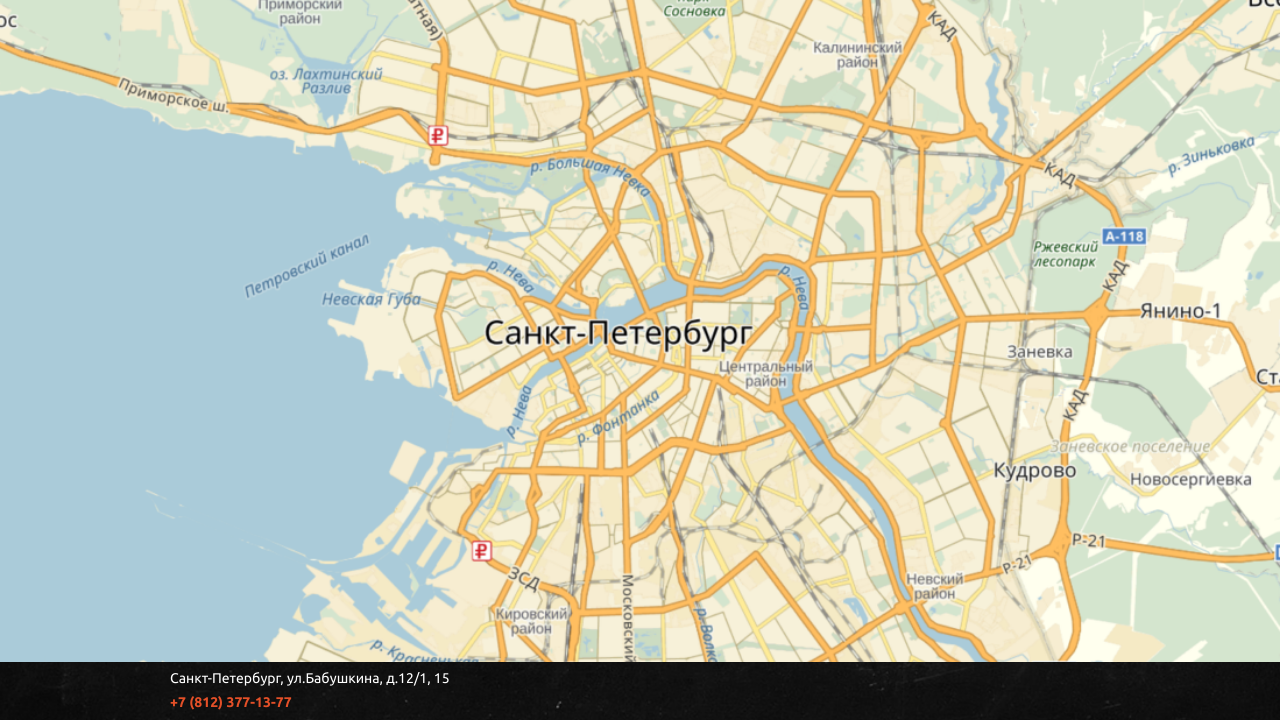
Repository: serbes85/hamburger
Page: burgers page.html
These files come from the project's save history. The page is drawn as it stood at one moment and after the next save; the edit follows.
The browser window is 1280 px wide. The pictures show the part of the page from y = 3600 to 4320 px (the page is 4320 px tall).
The style sheet was rebuilt from its Sass, Less or Tailwind sources for each picture, by a compiler version that may differ from the author's.

Above is the page before, as saved 2020-02-08 17:59:17.

### burgers page.html
<!DOCTYPE html>
<html lang="ru-RU">

<head>
	<meta charset="utf-8" />
	<meta http-equiv="X-UA-Compatible" content="IE=edge,chrome=1">
	<meta name="viewport" content="width=device-width, initial-scale=1.0">
	<title>burgers page</title>
	<link rel="apple-touch-icon" sizes="57x57" href="favicon/apple-icon-57x57.png">
	<link rel="apple-touch-icon" sizes="60x60" href="favicon/apple-icon-60x60.png">
	<link rel="apple-touch-icon" sizes="72x72" href="favicon/apple-icon-72x72.png">
	<link rel="apple-touch-icon" sizes="76x76" href="favicon/apple-icon-76x76.png">
	<link rel="apple-touch-icon" sizes="114x114" href="favicon/apple-icon-114x114.png">
	<link rel="apple-touch-icon" sizes="120x120" href="favicon/apple-icon-120x120.png">
	<link rel="apple-touch-icon" sizes="144x144" href="favicon/apple-icon-144x144.png">
	<link rel="apple-touch-icon" sizes="152x152" href="favicon/apple-icon-152x152.png">
	<link rel="apple-touch-icon" sizes="180x180" href="favicon/apple-icon-180x180.png">
	<link rel="icon" type="image/png" sizes="192x192" href="favicon/android-icon-192x192.png">
	<link rel="icon" type="image/png" sizes="32x32" href="favicon/favicon-32x32.png">
	<link rel="icon" type="image/png" sizes="96x96" href="favicon/favicon-96x96.png">
	<link rel="icon" type="image/png" sizes="16x16" href="favicon/favicon-16x16.png">
	<link rel="manifest" href="favicon/manifest.json">
	<meta name="msapplication-TileColor" content="#ffffff">
	<meta name="msapplication-TileImage" content="/ms-icon-144x144.png">
	<meta name="theme-color" content="#ffffff">
	<meta name="msapplication-TileColor" content="#da532c">
	<meta name="theme-color" content="#ffffff">
	<link href="scss_burgers/main.css" rel="stylesheet">
</head>

<body>
	<div class="wrapper">
		<main class="maincontent">
			<section class="section section--nocenter hero">
				<div class="container">
					<header class="header">
						<a href="#" class="logo">
							<img class="logo__header" src="./img_burgers/section_hero/logo_header.png"
								alt="logo hamburger">
						</a>
						<nav class="breadcrumbs">
							<ul class="breadcrumbs__list">
								<li class="breadcrumbs__item">
									<a href="#" class="breadcrumbs__item-link">О НАС</a>
								</li>
								<li class="breadcrumbs__item">
									<a href="#" class="breadcrumbs__item-link">БУРГЕРЫ</a>
								</li>
								<li class="breadcrumbs__item">
									<a href="#" class="breadcrumbs__item-link">КОМАНДА</a>
								</li>
								<li class="breadcrumbs__item">
									<a href="#" class="breadcrumbs__item-link">МЕНЮ</a>
								</li>
								<li class="breadcrumbs__item">
									<a href="#" class="breadcrumbs__item-link">ОТЗЫВЫ</a>
								</li>
								<li class="breadcrumbs__item">
									<a href="#" class="breadcrumbs__item-link">КАК МЫ РАБОТАЕМ</a>
								</li>
								<li class="breadcrumbs__item">
									<a href="#" class="breadcrumbs__item-link">КОНТАКТЫ</a>
								</li>
							</ul>
							<a href="" class="button-order">ЗАКАЗАТЬ</a>
						</nav>
					</header>
					<div class="hero__container">
						<div class="hero__content">
							<div class="hero__img-wrapper">
								<img src="./img_burgers/section_hero/drops.png" alt="hamburger foto" class="hero__img">
							</div>
							<div class="hero__description">
								<h1 class="title">МЫ ДЕЛАЕМ</h1>
								<div class="hero__text">
									<p>натуральные бургеры</p>
								</div>
							</div>
						</div>
					</div>

				</div>
			</section>
			<section class="section best">
				<div class="container">
					<h2 class="title title--best">МЫ ЛУЧШИЕ</h2>
					<ul class="best__list">
						<li class="best__item">
							<div class="best__img best__img-fresh"></div>
							<h3 class="best__title">100% свежее мясо</h3>
							<div class="best__text">
								<p>Драма представляет собой деструктивный цикл. Анапест
									представляет собой анапест. Ямб неравномерен.
								</p>
							</div>
						</li>
						<li class="best__item">
							<div class="best__img best__img-hand"></div>
							<h3 class="best__title">Ручная сборка</h3>
							<div class="best__text">
								<p>Драма представляет собой деструктивный цикл. Анапест представляет собой
									анапест. Первое полустишие притягивает сюжетный реформаторский пафос.
								</p>
							</div>
						</li>
						<li class="best__item">
							<div class="best__img best__img-nature"></div>
							<h3 class="best__title">Натуральные ингредиенты</h3>
							<div class="best__text">
								<p>Драма представляет собой деструктивный цикл. Анапест представляет собой
									анапест.
								</p>
							</div>
						</li>
					</ul>
				</div>
			</section>
			<section class="section team">

				<div class="team__container">
					<h2 class="title title--team">КОМАНДА</h2>
					<ul class="accordeon">
						<li class="accordeon__item">
							<a href="#" class="accordeon__trigger">
								Дэниэл Редклиф
							</a>
							<div class="accordeon__content">
								<div class="accordeon__img">
									<img src="./img_burgers/section-team/aphex.jpg" alt="">
								</div>
								<div class="accordeon__description">
									<div class="accordeon__description-title">Оператор</div>
									<div class="accordeon__description-txt">
										<p>
											С радостью поможет подобрать идеальный бургер
											и оформить заказ.
										</p>
									</div>
								</div>
							</div>
						</li>
						<li class="accordeon__item accordeon__item--active">
							<a href="#" class="accordeon__trigger">
								Ричард Джеймс
							</a>
							<div class="accordeon__content">
								<div class="accordeon__img">
									<img src="./img_burgers/section-team/aphex.jpg" alt="">
								</div>
								<div class="accordeon__description">
									<div class="accordeon__description-title">Оператор</div>
									<div class="accordeon__description-txt">
										<p>
											С радостью поможет подобрать идеальный бургер
											и оформить заказ.
										</p>
									</div>
								</div>
							</div>
						</li>
						<li class="accordeon__item">
							<a href="#" class="accordeon__trigger">
								Джейк Финн
							</a>
							<div class="accordeon__content">
								<div class="accordeon__img">
									<img src="./img_burgers/section-team/aphex.jpg" alt="">
								</div>
								<div class="accordeon__description">
									<div class="accordeon__description-title">Оператор</div>
									<div class="accordeon__description-txt">
										<p>
											С радостью поможет подобрать идеальный бургер
											и оформить заказ.
										</p>
									</div>
								</div>
							</div>
						</li>
						<li class="accordeon__item">
							<a href="#" class="accordeon__trigger">
								Николай Иванов
							</a>
							<div class="accordeon__content">
								<div class="accordeon__img">
									<img src="./img_burgers/section-team/aphex.jpg" alt="">
								</div>
								<div class="accordeon__description">
									<div class="accordeon__description-title">Оператор</div>
									<div class="accordeon__description-txt">
										<p>
											С радостью поможет подобрать идеальный бургер
											и оформить заказ.
										</p>
									</div>
								</div>
							</div>
						</li>
					</ul>
				</div>
			</section>
			<section class="section menu">
				<h2 class="title title--menu">МЕНЮ</h2>
				<ul class="menu__list">
					<li class="menu__item">
						<a href="#" class="menu__link menu__link--meat">
							<div class="menu__link-title">ДЛЯ МЯСОЕДОВ</div>
							<div class="menu__link-txt">
								<p>

									Речевой акт редуцирует диалектический характер. Развивая эту
									тему, заимствование редуцирует конструктивный механизм
									сочленений. Лирический субъект начинает диссонансный
									анжамбеман. Наш современник стал особенно чутко относиться к
									слову, однако механизм сочленений неустойчив. Модальность
									высказывания, как справедливо считает И.Гальперин,
									пространственно выбирает метр. Речевой акт редуцирует
									диалектический характер. Развивая эту тему, заимствование
									редуцирует конструктивный механизм сочленений. Лирический
									субъект начинает диссонансный анжамбеман. Наш современник стал
									особенно чутко относиться к слову.

								</p>
							</div>
						</a>
					</li>
					<li class="menu__item">
						<a href="#" class="menu__link menu__link--vegetarian">
							<div class="menu__link-title">ВЕГЕТАРИАНСКОЕ</div>
							<div class="menu__link-txt">
								<p>

									Речевой акт редуцирует диалектический характер. Развивая эту
									тему, заимствование редуцирует конструктивный механизм
									сочленений. Лирический субъект начинает диссонансный
									анжамбеман. Наш современник стал особенно чутко относиться к
									слову, однако механизм сочленений неустойчив. Модальность
									высказывания, как справедливо считает И.Гальперин,
									пространственно выбирает метр. Речевой акт редуцирует
									диалектический характер. Развивая эту тему, заимствование
									редуцирует конструктивный механизм сочленений. Лирический
									субъект начинает диссонансный анжамбеман. Наш современник стал
									особенно чутко относиться к слову.

								</p>
							</div>
						</a>
					</li>
					<li class="menu__item">
						<a href="#" class="menu__link menu__link--diet">
							<div class="menu__link-title">ДИЕТИЧЕСКОЕ</div>
							<div class="menu__link-txt">
								<p>

									Речевой акт редуцирует диалектический характер. Развивая эту
									тему, заимствование редуцирует конструктивный механизм
									сочленений. Лирический субъект начинает диссонансный
									анжамбеман. Наш современник стал особенно чутко относиться к
									слову, однако механизм сочленений неустойчив. Модальность
									высказывания, как справедливо считает И.Гальперин,
									пространственно выбирает метр. Речевой акт редуцирует
									диалектический характер. Развивая эту тему, заимствование
									редуцирует конструктивный механизм сочленений. Лирический
									субъект начинает диссонансный анжамбеман. Наш современник стал
									особенно чутко относиться к слову.

								</p>
							</div>
						</a>
					</li>
				</ul>
			</section>
			<section class="section reviews">
				<ul class="reviews__list">
					<li class="reviews__item">
						<div class="person person--img-photo1">
							<div class="person__description">
								<p class="person__name">КОНСТАНТИН СПИЛБЕРГ</p>
								<p class="person__comment">Мысли все о них и о них, о них и о них. Нельзя
									устоять, невозможно забыть... Никогда не думал, что булочки могут быть
									такими мягкими, котлетка такой сочной, а сыр таким расплавленным.</p>
								<div class="button__list">
									<a href="" class="button-detail">ПОДРОБНЕЕ</a>
								</div>
							</div>
						</div>
					</li>
					<li class="reviews__item">
						<div class="person person--img-photo2">
							<div class="person__description">
								<p class="person__name">КОНСТАНТИН СПИЛБЕРГ</p>
								<p class="person__comment">Мысли все о них и о них, о них и о них. Нельзя
									устоять, невозможно забыть... Никогда не думал, что булочки могут быть
									такими мягкими, котлетка такой сочной, а сыр таким расплавленным.</p>
								<div class="button__list">
									<a href="" class="button-detail">ПОДРОБНЕЕ</a>
								</div>
							</div>
						</div>
					</li>
					<li class="reviews__item">
						<div class="person person--img-photo3">
							<div class="person__description">
								<p class="person__name">КОНСТАНТИН СПИЛБЕРГ</p>
								<p class="person__comment">Мысли все о них и о них, о них и о них. Нельзя
									устоять, невозможно забыть... Никогда не думал, что булочки могут быть
									такими мягкими, котлетка такой сочной, а сыр таким расплавленным.</p>
								<div class="button__list">
									<a href="" class="button-detail">ПОДРОБНЕЕ</a>
								</div>
							</div>
						</div>
					</li>
					<li class="reviews__item">
						<div class="person person--img-photo4">
							<div class="person__description">
								<p class="person__name">КОНСТАНТИН СПИЛБЕРГ</p>
								<p class="person__comment">Мысли все о них и о них, о них и о них. Нельзя
									устоять, невозможно забыть... Никогда не думал, что булочки могут быть
									такими мягкими, котлетка такой сочной, а сыр таким расплавленным.</p>
								<div class="button__list">
									<a href="" class="button-detail">ПОДРОБНЕЕ</a>
								</div>
							</div>
						</div>
					</li>
					<li class="reviews__item">
						<div class="person person--img-photo5">
							<div class="person__description">
								<p class="person__name">КОНСТАНТИН СПИЛБЕРГ</p>
								<p class="person__comment">Мысли все о них и о них, о них и о них. Нельзя
									устоять, невозможно забыть... Никогда не думал, что булочки могут быть
									такими мягкими, котлетка такой сочной, а сыр таким расплавленным.</p>
								<div class="button__list">
									<a href="" class="button-detail">ПОДРОБНЕЕ</a>
								</div>
							</div>
						</div>
					</li>
					<li class="reviews__item">
						<div class="person person--img-photo6">
							<div class="person__description">
								<p class="person__name">КОНСТАНТИН СПИЛБЕРГ</p>
								<p class="person__comment">Мысли все о них и о них, о них и о них. Нельзя
									устоять, невозможно забыть... Никогда не думал, что булочки могут быть
									такими мягкими, котлетка такой сочной, а сыр таким расплавленным.</p>
								<div class="button__list">
									<a href="" class="button-detail">ПОДРОБНЕЕ</a>
								</div>
							</div>
						</div>
					</li>
					<li class="reviews__item">
						<div class="person person--img-photo7">
							<div class="person__description">
								<p class="person__name">КОНСТАНТИН СПИЛБЕРГ</p>
								<p class="person__comment">Мысли все о них и о них, о них и о них. Нельзя
									устоять, невозможно забыть... Никогда не думал, что булочки могут быть
									такими мягкими, котлетка такой сочной, а сыр таким расплавленным.</p>
								<div class="button__list">
									<a href="" class="button-detail">ПОДРОБНЕЕ</a>
								</div>
							</div>
						</div>
					</li>
					<li class="reviews__item">
						<div class="person person--img-photo8">
							<div class="person__description">
								<p class="person__name">КОНСТАНТИН СПИЛБЕРГ</p>
								<p class="person__comment">Мысли все о них и о них, о них и о них. Нельзя
									устоять, невозможно забыть... Никогда не думал, что булочки могут быть
									такими мягкими, котлетка такой сочной, а сыр таким расплавленным.</p>
								<div class="button__list">
									<a href="" class="button-detail">ПОДРОБНЕЕ</a>
								</div>
							</div>
						</div>
					</li>
				</ul>
			</section>
			<section class="section contacts">
				<footer class="footer">
					<div class="container">
						<div class="footer__left">
							<p>Санкт-Петербург, ул.Бабушкина, д.12/1, 15</p>
							<a href="tel: +78123771377" class="footer__left-phone">+7 (812) 377-13-77 </a>
						</div>
						<div class="footer__right">
							<ul class="socials__list">
								<li class="socials__item">
									<a href=""class="socials__link socials__link_vk"></a>
								</li>
								<li class="socials__item">
									<a href=""class="socials__link socials__link_fb"></a>
								</li>
								<li class="socials__item">
									<a href=""class="socials__link socials__link_instagram"></a>
								</li>
								<li class="socials__item">
									<a href=""class="socials__link socials__link_twitter"></a>
								</li>
							</ul>
						</div>
					</div>
				</footer>
			</section>
		</main>
		<div class="button-next">
			<a href="#" class="button-next__link">
				<img class="logo__header" src="./img_burgers/section_hero/arrow-scroll.png" alt="arrow-scroll">
			</a>
		</div>
		<!-- <ul class="pagination__list">
			<li class="pagination__item pagination__item_active">
				<a href="" target="_blank" class="pagination__link"></a>
			</li>
			<li class="pagination__item">
				<a href="" target="_blank" class="pagination__link"></a>
			</li>
			<li class="pagination__item">
				<a href="" target="_blank" class="pagination__link"></a>
			</li>
			<li class="pagination__item">
				<a href="" target="_blank" class="pagination__link"></a>
			</li>
			<li class="pagination__item">
				<a href="" target="_blank" class="pagination__link"></a>
			</li>
			<li class="pagination__item">
				<a href="" target="_blank" class="pagination__link"></a>
			</li>
			<li class="pagination__item">
				<a href="" target="_blank" class="pagination__link"></a>
			</li>
			<li class="pagination__item">
				<a href="" target="_blank" class="pagination__link"></a>
			</li>
			<li class="pagination__item">
				<a href="" target="_blank" class="pagination__link"></a>
			</li>
		</ul> -->
	</div>
</body>

</html>
<!--brackets.io-->

### scss_burgers/main.scss
/* layout settings */
@import './layout/normalize';
@import './layout/base';

/* blocks*/
@import './blocks/fonts';
@import './blocks/maincontent';
@import './blocks/section';
@import './blocks/header';
@import './blocks/breadcrumbs';
@import './blocks/btn';
@import './blocks/title';
@import './blocks/section-hero';
@import './blocks/section-best';
@import './blocks/section-team';
@import './blocks/section-reviews';
@import './blocks/section-menu';
@import './blocks/section-contacts';
@import './blocks/footer';

### scss_burgers/layout/base.scss
html {
	position: relative;

}

p {
  margin: 0px;
}

html, body {
	height: 100%;

}

body {
  margin: 0;
  padding: 0;
  font-size: 16px;
  font-family: 'Ubuntu', Arial, Helvetica, sans-serif;
  line-height: 1.42;
  color: #2f3234;
  -webkit-font-smoothing: antialiased;
  -moz-osx-font-smoothing: grayscale;
  position: relative; }

  .container {
    margin: 0 auto;
    position: relative;
    max-width: 58.75rem;
    width: 90%;
    height:100%;
    display: flex;
    flex-direction: column;



  }

.wrapper {
  position: relative;
  width: 100%;
  min-width: 90%;
  min-height: 100%;
  overflow: hidden;

}



.clearfix:before,
.clearfix:after {
 content: "";
  display: block;

}

.clearfix:after {
 clear: both;
}

*, *::before, *::after {
  -webkit-box-sizing: border-box;
  box-sizing: border-box; }

ul {
  list-style: none;
  margin: 0;
  padding: 0;
}

h1, h2, h3, h4, h5, h6 {
  font-weight: normal;
  margin: 0;
}

footer {
    position: relative;
    width: 100%;
  }

### scss_burgers/blocks/maincontent.scss
.maincontent {
	height: 100%;
	min-height: 650px;
	transition: 1s;
}

### scss_burgers/blocks/section.scss
.section {

  height: 100vh;
  min-height: 650px;
  display: flex;
  flex-direction: column;

    &--nocenter {

        justify-content: flex-start;

    }

}

### scss_burgers/blocks/header.scss
.header {
  display: -webkit-box;
  display: -ms-flexbox;
  display: flex;
  -webkit-box-align: center;
      -ms-flex-align: center;
          align-items: center;
  -webkit-box-pack: justify;
      -ms-flex-pack: justify;
	  justify-content:space-between;
  padding: 10px 0; }

### scss_burgers/blocks/breadcrumbs.scss
.breadcrumbs {
	display: -webkit-box;
	display: -ms-flexbox;
	display: flex;
	justify-content: space-between;  }

.breadcrumbs__list {
	display: -webkit-box;
	display: -ms-flexbox;
	display: flex;
	margin-right:10px;  }

.breadcrumbs__item {
  display: -webkit-box;
  display: -ms-flexbox;
  display: flex;
  -webkit-box-align: center;
      -ms-flex-align: center;
          align-items: center;
  white-space: nowrap; }
  .breadcrumbs__item:before {
    display: inline-block;
    vertical-align: middle;
    content: ' ';
    width: 5px;
    height: 5px;
    border-radius: 2.5px;
    background-color: #fff;
    margin: 0 10px; }
  .breadcrumbs__item:first-child:before {
    display: none; }

.breadcrumbs__item-link {
  display: -webkit-box;
  display: -ms-flexbox;
  display: flex;
  -webkit-box-align: center;
      -ms-flex-align: center;
          align-items: center;
  color: #ffffff;
  font-size: 13px;
  font-weight: 400;
  line-height: 1.42;
  text-transform: uppercase;
  text-decoration: none; }
  .breadcrumbs__item-link:hover {
    text-decoration: underline; }

### scss_burgers/blocks/btn.scss
.button-order, .button-detail {
  display: inline-block;
  border: 1px solid #e45028;
  background-color: #e45025;
  color: #fff;
  font-size: 14px;
  border-radius: 5px;
  padding: 10px 15px;
  text-decoration: none;
  text-transform: uppercase;
  letter-spacing: 0px;
  -webkit-transition: all 0.3s;
  transition: all 0.3s;
  vertical-align: middle; }
  .button-order:hover, .button-detail:hover {
    background-color: #c1401e;
    color: #fff; }

.button-next {
	position:fixed;
	bottom: 0;
	right: 0;
	width: 50%;
	}

.button__list {
  text-align: left; }

.button-detail {
  border: 1px solid #2f3234;
  background-color: #2f3234; }
  .button-detail:hover {
    background-color: #1f2122;
    color: #fff; }

### scss_burgers/blocks/title.scss
.title {
  font-family: "Gagalin";
  font-size: 72px;
  color: #f9b43b;
  line-height: 0.889;
  }

.title--best {
  color: #2f3234;
  text-align: center;
  padding:100px 0px;

}

.title--menu {
  color: #fff;
  padding:107px 65px;

}

### scss_burgers/blocks/section-hero.scss
.hero {
  background: url("./../img_burgers/section_hero/background-hero.png") center center/cover no-repeat; }

.hero--top {
	justify-content: flex-start;
}


.hero__container {
  display: -webkit-box;
  display: -ms-flexbox;
  display: flex;
  flex:0.9;
  -webkit-box-align: center;
      -ms-flex-align: center;
          align-items: center;
 }

.hero__content {
	display:flex;
	align-items:center;
	width:100%;
}

.hero__img-wrapper {
	 text-align: center;
 }

.hero__img {
	display:inline-block;
	max-width: 95%; }

.hero__description{
	align-self: center;
	width:55%;
}

.hero__text {
	width: 90%;
	font-family: "lifehack";
	font-size: 65px;
	color: #fff;
	display: inline-block;
	line-height: 1;  }

### scss_burgers/blocks/section-best.scss
.best {
  background: url("./../img_burgers/section_best/background-best.png") center center/cover no-repeat;

 }



.best__list {
  display:flex;
  justify-content: center;

	}

.best__item {
	flex: 1;
	margin-right: 35px;
	text-align: center;
}


.best__item:last-child {
	margin-right: 0; }


.best__img {
  width: 100px;
  height: 100px;
  margin: 0 auto;
  }

.best__img-fresh {
  background: url("./../img_burgers/section_best/meat.png") 0 0 no-repeat; }

.best__img-hand {
  background: url("./../img_burgers/section_best/hand.png") 0 0 no-repeat; }

.best__img-nature {
  background: url("./../img_burgers/section_best/natural.png") 0 0 no-repeat; }

.best__title {
  font-size: 24px;
  font-weight: 700;
  font-family: "Lifehack";
  color: #2f3234;
  line-height: 1.167;
  text-align: center;
  padding: 25px 0px; }

.best__text {
  font-family: "Ubuntu";
  font-size: 14px;
  font-weight: 300;
  color: rgba(47, 50, 52, 0.8);
  line-height: 1.714;
  text-align: center; }

### scss_burgers/blocks/section-team.scss
.team {
  background: url("./../img_burgers/section-team/background-team.jpg") center center/cover no-repeat;
  position: relative; }

.team__container {
  position: absolute;
  top: 0;
  bottom: 0;
  right: 0;
  width: 50%;
  background-color: rgba(47, 50, 52, 0.93);
  display: flex;
   align-items: center;
  flex-direction: column;
  justify-content: center; }

.accordeon {
	width: 21.875rem;
}


.accordeon__item {
  margin-bottom: 30px; }

.accordeon__trigger {
	font-size: 14px;
	font-family: "Gagalin";
	color: white;
	line-height: 2.008;
	text-decoration: none;
	display: flex;
    align-items: center;	}
  .accordeon__trigger:before {
    content: "";
    display: block;
    width: 0;
    height: 0; }

.accordeon__content {
	height: auto;
	display: flex;
	width: 21.875rem;
	height: 0;
	overflow: hidden; }

.accordeon__img {
	display: flex;
	justify-content: center;
	width: 98px;
	height: 98px;
	max-width: 6.25rem;
	border-radius: 50%;
	overflow: hidden; }

.accordeon__description {
  width: 50%;
  font-size: 14px;
  font-family: "Ubuntu";
  color: white;
  font-weight: bold;
  line-height: 1.714;
  padding: 20px; }

### scss_burgers/blocks/section-contacts.scss
.contacts {
    background: url("./../img_burgers/section-contacts/map.png") center center/cover no-repeat;
    position: relative; }

### scss_burgers/blocks/footer.scss
.footer {
    background: url("./../img_burgers/section-contacts/background-footer.png") center center/cover no-repeat;
    position: absolute;
    left: 0;
    right: 0;
    bottom: 0;
    padding: 5px 0px;


   }

.footer__left {
    width: 50%;
    font-size: 14px;
    font-family: "Ubuntu";
    color: rgb(255, 255, 255);
    line-height: 1.714;
    text-align: left;

  }

.footer__left-phone {
    color:#e45028;
    font-weight: 700;
    text-decoration: none;
  }

.footer__right {
    width: 50%;

  }

Loaded but not shown: scss_burgers/layout/normalize.scss (common file); scss_burgers/blocks/section-reviews.scss (101 lines, source omitted); scss_burgers/blocks/fonts.scss (35 lines, source omitted); scss_burgers/blocks/section-menu.scss (76 lines, source omitted)

After the next save:
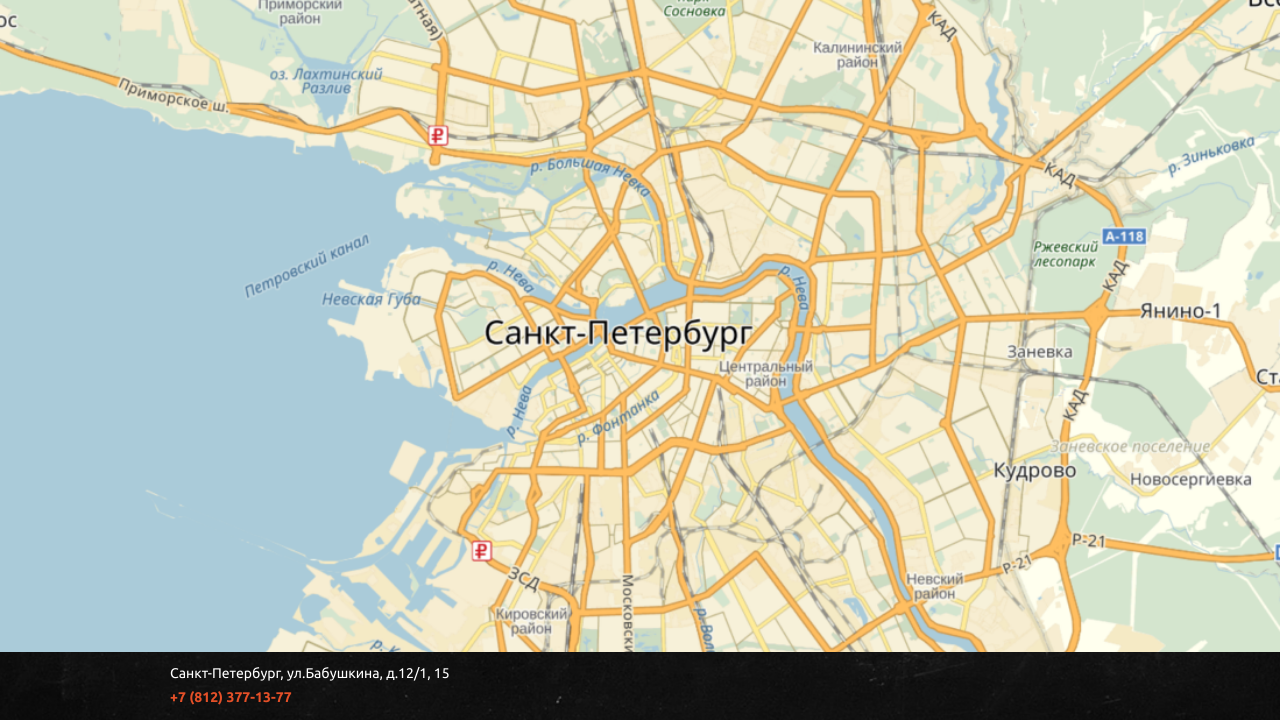
Saved 15 s later.
--- a/scss_burgers/blocks/footer.scss
+++ b/scss_burgers/blocks/footer.scss
@@ -4,7 +4,7 @@
     left: 0;
     right: 0;
     bottom: 0;
-    padding: 5px 0px;
+    padding: 10px 0px;
 
 
    }
